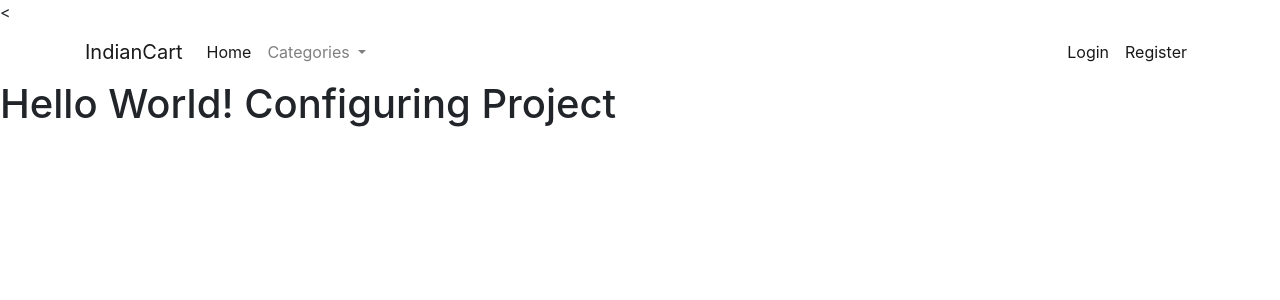
Repository: neerajchavan/E-Commerce-Project
Page: http://localhost/E-Commerce-Project/index.jsp
An editor plug-in stored every save of this project. The page is shown before and after the next save, followed by the edit.
The browser window is 1280 px wide. The pictures show the whole page.
Some web libraries are served in a nearby version. The page is served by Tomcat 9. Other server files are loaded and not shown.

Above is the page before, as saved 2020-10-07 14:48:58.

### E-Commerce-Project/WebContent/index.jsp
<%@ page language="java" contentType="text/html; charset=UTF-8"
    pageEncoding="UTF-8"%>
<!DOCTYPE html>
<html>

<head>
<meta charset="UTF-8">
<title>Insert title here</title>
<%@include file="Components/Common_JS_CSS.jsp" %>
</head>

<body>
	<%@include file="Components/navbar.jsp" %>
	<h1>Hello World! Configuring Project</h1>
</body>

</html>

### E-Commerce-Project/WebContent/Components/Common_JS_CSS.jsp
<!-- CSS -->
<link rel="stylesheet" href="https://maxcdn.bootstrapcdn.com/bootstrap/4.0.0/css/bootstrap.min.css" integrity="sha384-Gn5384xqQ1aoWXA+058RXPxPg6fy4IWvTNh0E263XmFcJlSAwiGgFAW/dAiS6JXm" crossorigin="anonymous">
<<link rel="stylesheet" type="text/css" href="CSS/Style.css">

<!-- BOOTSTRAP -->
<script src="https://code.jquery.com/jquery-3.2.1.slim.min.js" integrity="sha384-KJ3o2DKtIkvYIK3UENzmM7KCkRr/rE9/Qpg6aAZGJwFDMVNA/GpGFF93hXpG5KkN" crossorigin="anonymous"></script>
<script src="https://cdnjs.cloudflare.com/ajax/libs/popper.js/1.12.9/umd/popper.min.js" integrity="sha384-ApNbgh9B+Y1QKtv3Rn7W3mgPxhU9K/ScQsAP7hUibX39j7fakFPskvXusvfa0b4Q" crossorigin="anonymous"></script>
<script src="https://maxcdn.bootstrapcdn.com/bootstrap/4.0.0/js/bootstrap.min.js" integrity="sha384-JZR6Spejh4U02d8jOt6vLEHfe/JQGiRRSQQxSfFWpi1MquVdAyjUar5+76PVCmYl" crossorigin="anonymous"></script>

<!-- JS -->
<script src="js/script.js"></script>

### E-Commerce-Project/WebContent/Components/navbar.jsp
<nav class="navbar navbar-expand-lg navbar-light">
<div class="container">
  <a class="navbar-brand" href="#">IndianCart</a>
  <button class="navbar-toggler" type="button" data-toggle="collapse" data-target="#navbarSupportedContent" aria-controls="navbarSupportedContent" aria-expanded="false" aria-label="Toggle navigation">
    <span class="navbar-toggler-icon"></span>
  </button>

  <div class="collapse navbar-collapse" id="navbarSupportedContent">
    <ul class="navbar-nav mr-auto">
      <li class="nav-item active">
        <a class="nav-link" href="#">Home <span class="sr-only">(current)</span></a>
      </li>

      <li class="nav-item dropdown">
        <a class="nav-link dropdown-toggle" href="#" id="navbarDropdown" role="button" data-toggle="dropdown" aria-haspopup="true" aria-expanded="false">
          Categories
        </a>
        <div class="dropdown-menu" aria-labelledby="navbarDropdown">
          <a class="dropdown-item" href="#">Action</a>
          <a class="dropdown-item" href="#">Another action</a>
          <div class="dropdown-divider"></div>
          <a class="dropdown-item" href="#">Something else here</a>
        </div>
      </li>

    </ul>

	<ul class="navbar-nav ml-auto">
		<li class="nav-item active">
        	<a class="nav-link" href="Login.jsp">Login</a>
      </li>

      <li class="nav-item active">
        	<a class="nav-link" href="Register.jsp">Register</a>
      </li>

	</ul>
  </div>
</div>

</nav>

### E-Commerce-Project/WebContent/CSS/Style.css
.custom-bg{
	background:#2196f3 !important;
}

### E-Commerce-Project/WebContent/JS/Script.js
alert('Loading JS!')

After the next save:
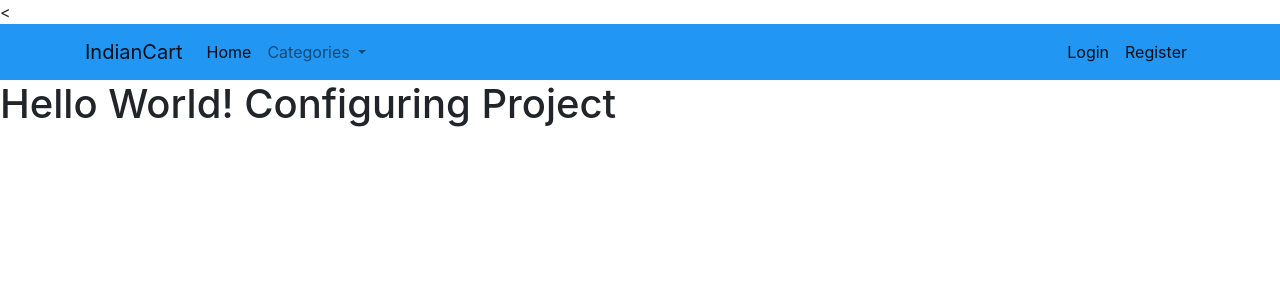
Saved 36 s later.
--- a/E-Commerce-Project/WebContent/Components/navbar.jsp
+++ b/E-Commerce-Project/WebContent/Components/navbar.jsp
@@ -1,4 +1,4 @@
-<nav class="navbar navbar-expand-lg navbar-light">
+<nav class="navbar navbar-expand-lg navbar-light custom-bg">
 <div class="container">
   <a class="navbar-brand" href="#">IndianCart</a>
   <button class="navbar-toggler" type="button" data-toggle="collapse" data-target="#navbarSupportedContent" aria-controls="navbarSupportedContent" aria-expanded="false" aria-label="Toggle navigation">
